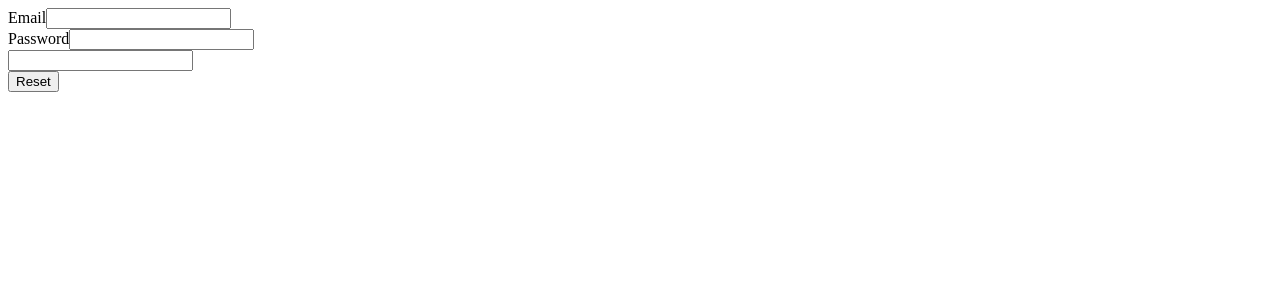
Repository: laxmichauhan/Student-Data-Insertion
Page: Application1/WebContent/login.html
An editor plug-in stored every save of this project. The page is shown before and after the next save, followed by the edit.
The browser window is 1280 px wide. The pictures show the whole page.

Above is the page before, as saved 2019-02-19 06:04:37.

### Application1/WebContent/login.html
<!DOCTYPE html>
<html>
<head>
<meta charset="ISO-8859-1">
<title>Insert title here</title>
</head>
<body>
<form action="Verify" method="post">
Email<input type="text" name="email"/><br>
Password<input type="password" name="password"/><br>
<input type="Login" name="login"/><br>
<input type="Reset" name="reset"/>

</form>
</body>
</html>

After the next save:
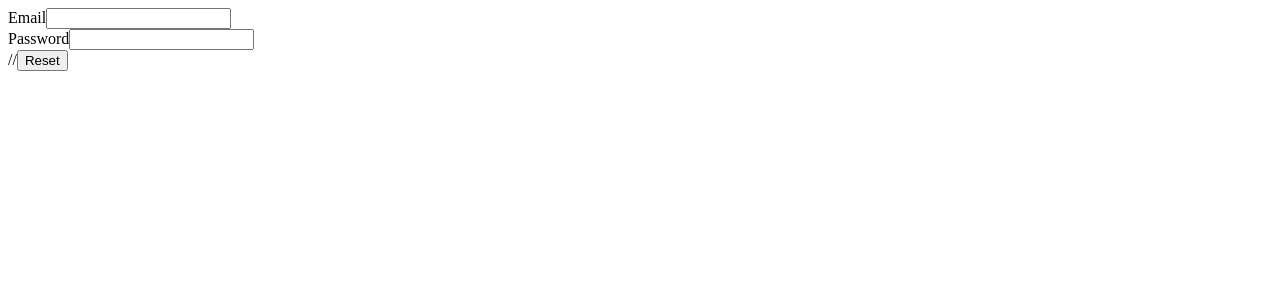
Saved 18 s later.
--- a/Application1/WebContent/login.html
+++ b/Application1/WebContent/login.html
@@ -8,8 +8,7 @@
 <form action="Verify" method="post">
 Email<input type="text" name="email"/><br>
 Password<input type="password" name="password"/><br>
-<input type="Login" name="login"/><br>
-<input type="Reset" name="reset"/>
+//<input type="Reset" name="reset"/>
 
 </form>
 </body>
